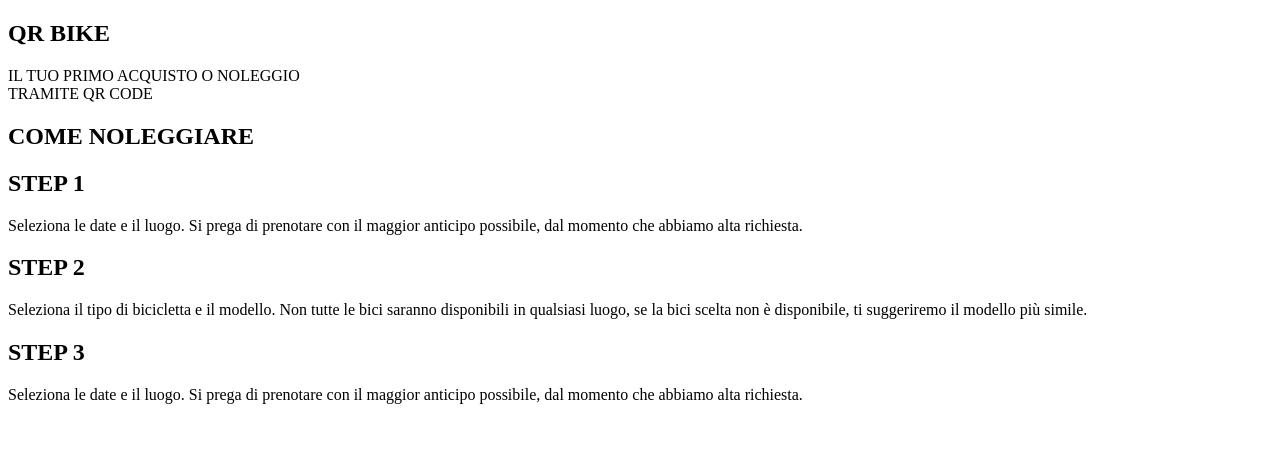
Repository: andrealepori/qrbike
Page: index.html
The author's editor kept a copy of each file at every save. The page is drawn from the files as they stood at one save, then again after the next save.
The browser window is 1280 px wide. The pictures show the whole page.
Some web fonts or font styles are not loaded; a fallback is used.

Above is the page before, as saved 2020-09-17 21:20:57.

After the next save:
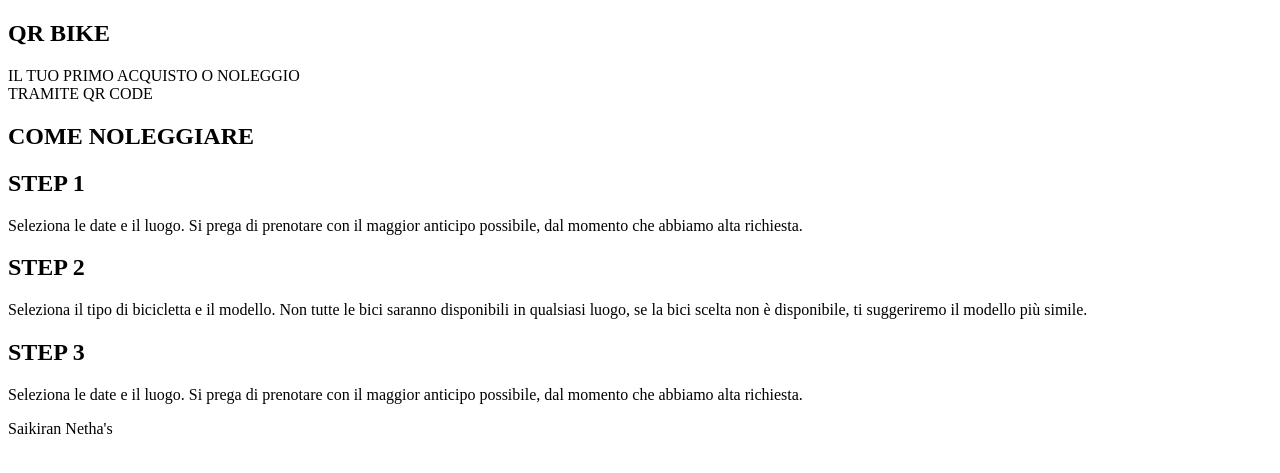
Saved 2 min 0 s later.
--- a/index.html
+++ b/index.html
@@ -85,6 +85,9 @@
   </section>
 
 
+<div class="container-fluid margin">
+	<a class="themeBtn2">Saikiran Netha's</a>
+</div>
 </body>
 
 

After the save that followed:
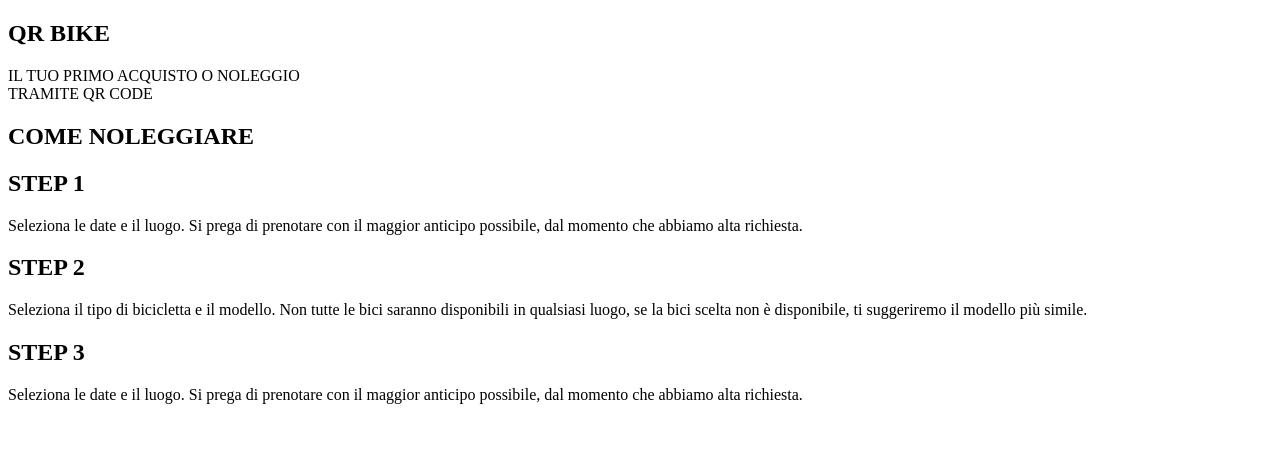
Saved 46 s later.
--- a/index.html
+++ b/index.html
@@ -85,9 +85,6 @@
   </section>
 
 
-<div class="container-fluid margin">
-	<a class="themeBtn2">Saikiran Netha's</a>
-</div>
 </body>
 
 
@@ -97,6 +94,4 @@
 	<!-- bootstrap-->
 	<link href="https://fonts.googleapis.com/css?family=Droid+Sans:400,700" rel="stylesheet">
 
-
-
 </html>
